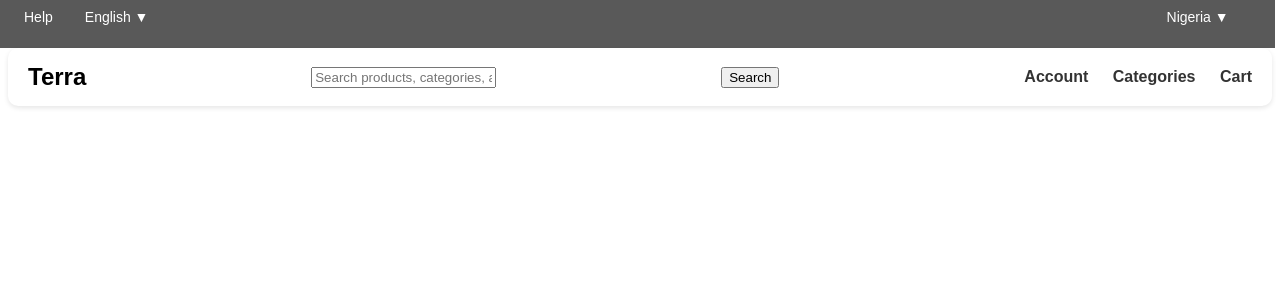
Repository: Femi007-gh/e-commerce
Page: index.html
An editor plug-in stored every save of this project. The page is shown before and after the next save, followed by the edit.
The browser window is 1280 px wide. The pictures show the whole page.

Above is the page before, as saved 2025-04-28 19:45:27.

After the next save:
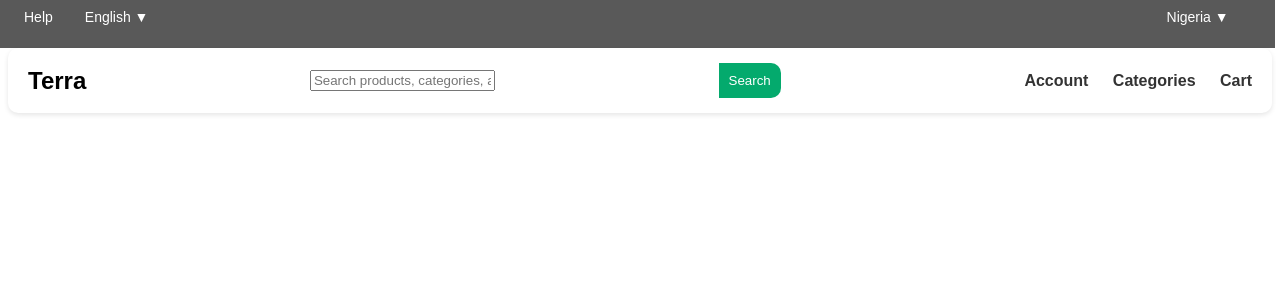
Saved 8 min 50 s later.
--- a/style.css
+++ b/style.css
@@ -99,7 +99,7 @@ body{
   border-radius: 10px 0 0 10px;
 }
 
-.search-bar button {
+.search {
   background-color: #04AA6D;
   color: white;
   border: none;
